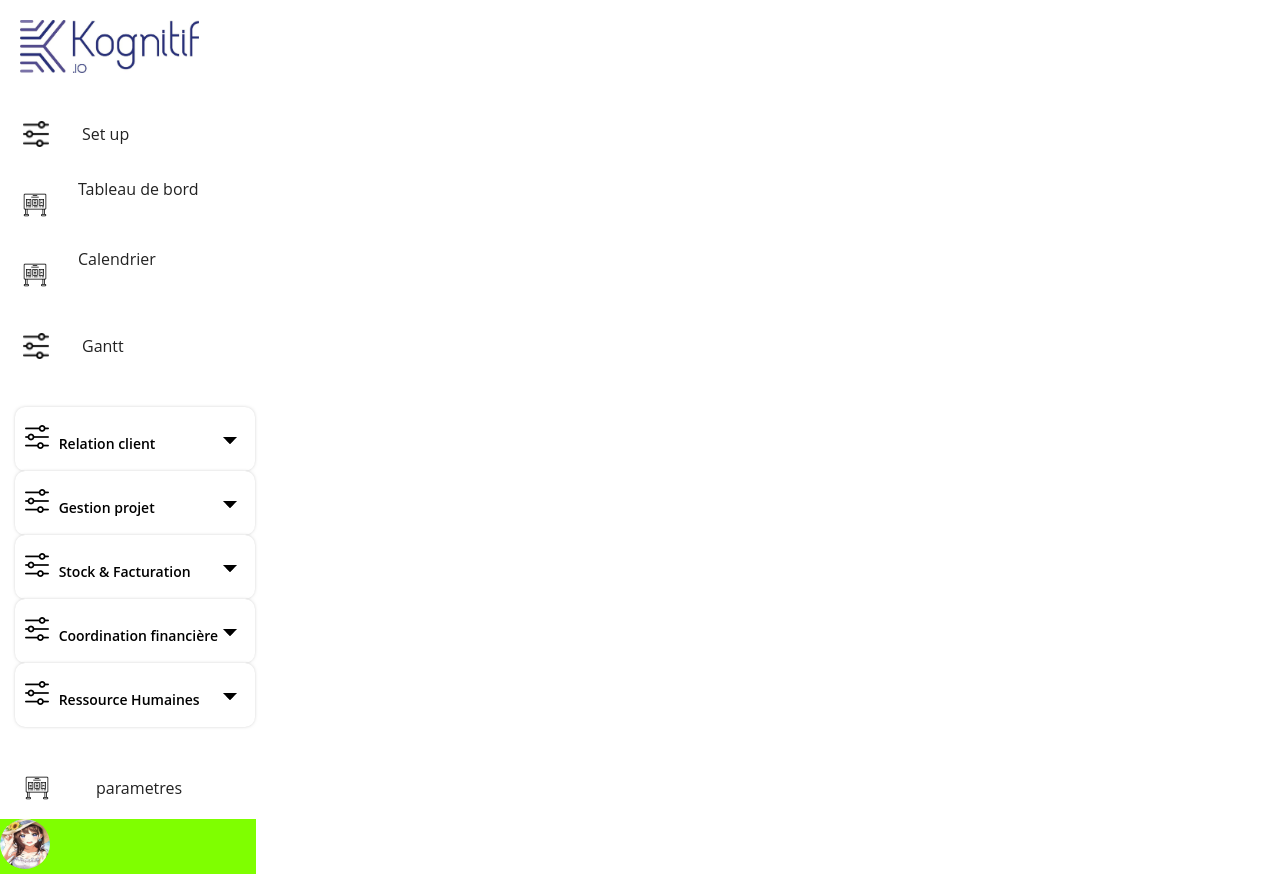
Repository: Cordelia013/testKognitifs
Page: index.html
An editor plug-in stored every save of this project. The page is shown before and after the next save, followed by the edit.
The browser window is 1280 px wide. The pictures show the whole page.

Above is the page before, as saved 2021-08-06 04:03:55.

### index.html
<!DOCTYPE html>
<html lang="en">
  <head>
    <meta charset="UTF-8" />
    <meta http-equiv="X-UA-Compatible" content="IE=edge" />
    <meta name="viewport" content="width=device-width, initial-scale=1.0" />
    <link
      rel="stylesheet"
      href="https://cdnjs.cloudflare.com/ajax/libs/font-awesome/4.7.0/css/font-awesome.min.css"
    />

    <link rel="stylesheet" href="/styles/main.css" />
    <title>Konnexion</title>
  </head>

  <body>
    <!-- 1er partie -->

    <nav>
      <div class="logo">
        <img src="/img/Kognitif-1.jpg" alt="logo" />
      </div>
<div class="mp1">
      <ul class="nav-cnt">
        <li >
          <img src="/img/png/002-equalizer.png" alt="equalizer" />
          <a href="#">Set up</a>
        </li>

        <li class="navBoard menu">
          <img src="/img/png/003-bulletin-board.png" alt="board" />
          <a href="#">Tableau de bord </a>

          <ul class="menuBoard">
            <li>Relation client</li>
            <li>Gestion projet</li>
            <li>Stock & Facturation</li>
            <li>Coordination financière</li>
          </ul>
        </li>
        <li class="navBoard menu">
          <img src="/img/png/003-bulletin-board.png" alt="board" />
          <a href="#">Calendrier </a>

          <ul class="menuBoard">
            <li>Relation client</li>
            <li>Gestion projet</li>
            <li>Stock & Facturation</li>
            <li>Coordination financière</li>
          </ul>
        </li>
        <li >
          <img src="/img/png/002-equalizer.png" alt="equalizer" />
          <a href="#">Gantt</a>
        </li>
        </div>

</div>
      <!--partie de la DropDown  -->
<!-- ------------------------------------------------------------------------ -->
<div class="mp2">

    <div class="dropdown-container">
          <div class="dropdown-toggle click-dropdown">
            <img class="drowImg" src="/img/png/002-equalizer.png" alt="equalizer" /> Relation client
          </div>
          <div class="dropdown-menu">
            <ul>
              <li><a href="#">Opportunités</a></li>
              <li><a href="#">Propects</a></li>
              <li><a href="#">Produits</a></li>

            </ul>
          </div>
        </div>

        <div class="dropdown-container">
          <div class="dropdown-toggle click-dropdown">
            <img class="drowImg" src="/img/png/002-equalizer.png" alt="equalizer" /> Gestion projet
          </div>
          <div class="dropdown-menu">
            <ul>
              <li class="navBoard menu"><a href="#">Projet</a>
                <div >
                  <ul class="menuBoard ssMenuBoard">
                    <li><a href="#">Ajouter un projet</a></li>
                    <li class="dropdown-toggle click-dropdown"><a href="#">Catégorie de projet</a>
                      <div class="dropdown-menu">
                        <ul >
                          <li><a href="#">Créer une Catégorie</a></li>
                          <li><a href="#">Administratif</a></li>
                          <li><a href="#">Commercial</a></li>
                          <li><a href="#">Juridique</a></li>
                          <li><a href="#">Financier</a></li>
                          <li><a href="#">Industriel</a></li>
                          <li><a href="#">Tous kes projets</a></li>
                        </ul>

                    </li>
                    <li><a href="#">Tous les projets</a></li>

                </div>
              </li>
              <li><a href="#">Fichiers</a></li>
              <li><a href="#">Congés</a></li>
              <li><a href="#">Annonces</a></li>
            </ul>
    </div>
  </div>

    <div class="dropdown-container">
      <div class="dropdown-toggle click-dropdown">
        <img class="drowImg" src="/img/png/002-equalizer.png" alt="equalizer" /> Stock & Facturation
      </div>
      <div class="dropdown-menu">
        <ul>

        </ul>
      </div>
    </div>
    <div class="dropdown-container">
      <div class="dropdown-toggle click-dropdown">
        <img class="drowImg" src="/img/png/002-equalizer.png" alt="equalizer" /> Coordination financière      </div>
      <div class="dropdown-menu">
        <ul>

        </ul>
      </div>
    </div>
    <div class="dropdown-container">
      <div class="dropdown-toggle click-dropdown">
        <img class="drowImg" src="/img/png/002-equalizer.png" alt="equalizer" /> Ressource Humaines     </div>
      <div class="dropdown-menu">
        <ul>

        </ul>
      </div>
    </div>
  </div>
  <div class="params ">
  <img class="drowImg" class="drowImg" src="/img/png/003-bulletin-board.png" alt="board" />
  <a href="#">parametres </a>
</div>
    <div>

      <!-- partie profil -->
<div id="profilCnt">
     <div class="photo">
       <img src="/img/external-content.duckduckgo.com.jpeg" alt="photoProfil">
     </div>
</div>
    </div>
    <script src="/script/main.js"></script>
  </body>
</html>

### styles/main.css
* {
    margin: 0;
    padding: 0;
    box-sizing: border-box;
}

/* général */

html,
body {
    font-size: medium;
    font-family: "Open Sans", sans-serif;
    color: #222;
}
h1,
h2,
h3 {
    margin-bottom: 2px;
}

a {
    color: #222;
    text-decoration: none;
}
a:hover {
    color: blue;
}
p {
    margin-bottom: 10px;
}

li {

    list-style: none;
}

ul li img {
   padding: 0 10px;
}
nav{
    /* background-color: lightgrey; */
    display: flex;
    flex-direction: column;
    height: max-content;
    width: 20%;
}

.logo > img:nth-child(1) {
    max-width: 70%;
    margin: 20px;
   }

.nav-cnt > li:nth-child(1),
li:nth-child(2),
li:nth-child(3),
li:nth-child(4) {
    display:flex;
    justify-content: left;

}

.nav-cnt > li > a {
    padding: 10px;
    display: flex;
    align-items: center;

}
.nav-cnt > li > img:nth-child(1) {
    width: 2rem;
    margin: 20px;
    padding: 3px;
    height: max-content;
}

.navBoard > a:nth-child(2) {
    width: 144px;
    height: max-content;
    width: 100vw;
    margin: -2px;
   }




/* navBar */

.nav-cnt {
    width: 33rem;
    /* border: 1px solid black; */
}

.menuBoard {
    display:none;
    position: relative;
    top: 2rem;
    right: 318px;
    width: 124px;
    margin: 3%;
   }

.menuBoard li{

    display: flex;
   }

.navBoard:hover .menuBoard {
    display: flex;
    flex-direction: column;
    padding-bottom:20px;
    cursor: pointer;

  }
 /* deuxieme partie de la navBar   */

.ssImg{
    height: max-content;
   }

.ssMenuBoard{

position:relative;
top: 1rem;
right: -25px;
margin: 13px;
padding: 9px;
width: max-content;
}
.ssMenuBoard > li{
    width: max-content;
    text-align: center;
   }
.menu{
    cursor: pointer;

}
.menuDrop{
    display: none;

}
.menuDrop:active{
    display: block;
}

.mp1{

    margin-bottom: 10px;
}
.mp2{
    margin: 15px;
    margin-bottom: 30px;
}

/* <!--partie de la DropDown  --> */
/* Dropdown menu css */
.dropdown-container {
    position: relative;
    min-width: 240px;
}
.dropdown-container .dropdown-toggle {
    color: #000000;
    background-color: #ffffff;
    font-size: 14px;
    padding: 18px 10px;
    box-shadow: 0px 0px 4px -2px rgba(0, 0, 0, 0.5);
    border-radius: 10px;
    font-weight: 600;
    cursor: pointer;
    position: relative;
    transition: all ease-in-out 0.3s;
}

.dropdown-menu::before, .dropdown-toggle::before {
    content: "";
    position: absolute;
    right: 20px;
    top: 50%;
    transform: translateY(-50%) rotate(45deg);
    border: 5px solid;
    border-top-color: rgba(0, 0, 0, 0);
    border-left-color: rgba(0, 0, 0, 0);
    margin-top: -2.5px;
    background-color: rgba(0, 0, 0, 0);
    transition: all ease-in-out 0.2s;
}
.dropdown-menu::before {
    z-index: -1;
    transform: rotate(-135deg);
    top: -4px;
    border-color: #ffffff;
    box-shadow: 1px 1px 4px -2px rgba(0, 0, 0, 0.4);
}
.dropdown-container .dropdown-menu {
    width: 100%;
    border-radius: 10px;
    box-shadow: 0px 0px 4px -2px rgba(0, 0, 0, 0.5);
    margin-top: 17px;
    position: absolute;
    left: 0;
    top: 100%;
    display: none;
    background-color: #ffffff;
    z-index: 10;
}
.dropdown-open .dropdown-menu.dropdown-active {
    display: block;
}
/* .dropdown-container.dropdown-open .dropdown-toggle {
    background-color: #0979ce;
    color: #ffffff;
} */

.dropdown-container .dropdown-menu ul {
    list-style: none;
    padding: 0;
    margin: 0;
    overflow: hidden;
    border-radius: 10px;

}
.dropdown-container .dropdown-menu a {
    text-decoration: none;
    display: block;
    color: #000000;
    font-size: 15px;
    padding: 16px 20px;
    font-weight: 600;
    box-shadow: 0px 0px 4px -2px rgba(0, 0, 0, 0.5);
    transition: all ease-in-out 0.3s;
}

.drowImg  {
    padding-right: 6px;
   }
.params{

    display: flex;
    width: 10vw;
}

.params a{
    width: 50%;
text-align: center;
}
.params > a:nth-child(2) {
    margin: 13px 33px;
    display: flex;
    justify-content: center;
    align-items: center;
   }

.params > img:nth-child(1) {
    margin: 13px 19px;
    padding: 6px;
   }
   /* <!-- partie profil --> */
   #profilCnt{

       background-color: chartreuse;

   }
   .photo img{
       width: 50px;
       height: 50px;
       border-radius: 50%;
   }

### script/main.js
// Get all the dropdown from document
document.querySelectorAll('.dropdown-toggle').forEach(dropDownFunc);


// Dropdown Open and Close function
function dropDownFunc(dropDown) {
    console.log(dropDown.classList.contains('click-dropdown'));

    if(dropDown.classList.contains('click-dropdown') === true){
        dropDown.addEventListener('click', function (e) {
            e.preventDefault();

            if (this.nextElementSibling.classList.contains('dropdown-active') === true) {
                // Close the clicked dropdown
                this.parentElement.classList.remove('dropdown-open');

                this.nextElementSibling.classList.remove('dropdown-active');

            } else {
                // Close the opend dropdown
                closeDropdown();

                // add the open and active class(Opening the DropDown)
                this.parentElement.classList.add('dropdown-open');
                this.nextElementSibling.classList.add('dropdown-active');
            }
        });
    }
}
// Listen to the doc click
window.addEventListener('click', function (e) {

    // Close the menu if click happen outside menu
    if (e.target.closest('.dropdown-container') === null) {
        // Close the opend dropdown
        closeDropdown();
    }

});


// Fermer le  Dropdowns
function closeDropdown() {
    console.log('run');

    // remove the open and active class from other opened Dropdown (Closing the opend DropDown)
    document.querySelectorAll('.dropdown-container').forEach(function (container) {
        container.classList.remove('dropdown-open')
    });

    document.querySelectorAll('.dropdown-menu').forEach(function (menu) {
        menu.classList.remove('dropdown-active');
    });
}

// close the dropdown on mouse out from the dropdown list
document.querySelectorAll('.dropdown-menu').forEach(function (dropDownList) {
    // close the dropdown after user leave the list
    dropDownList.onmouseleave = closeDropdown;
});

After the next save:
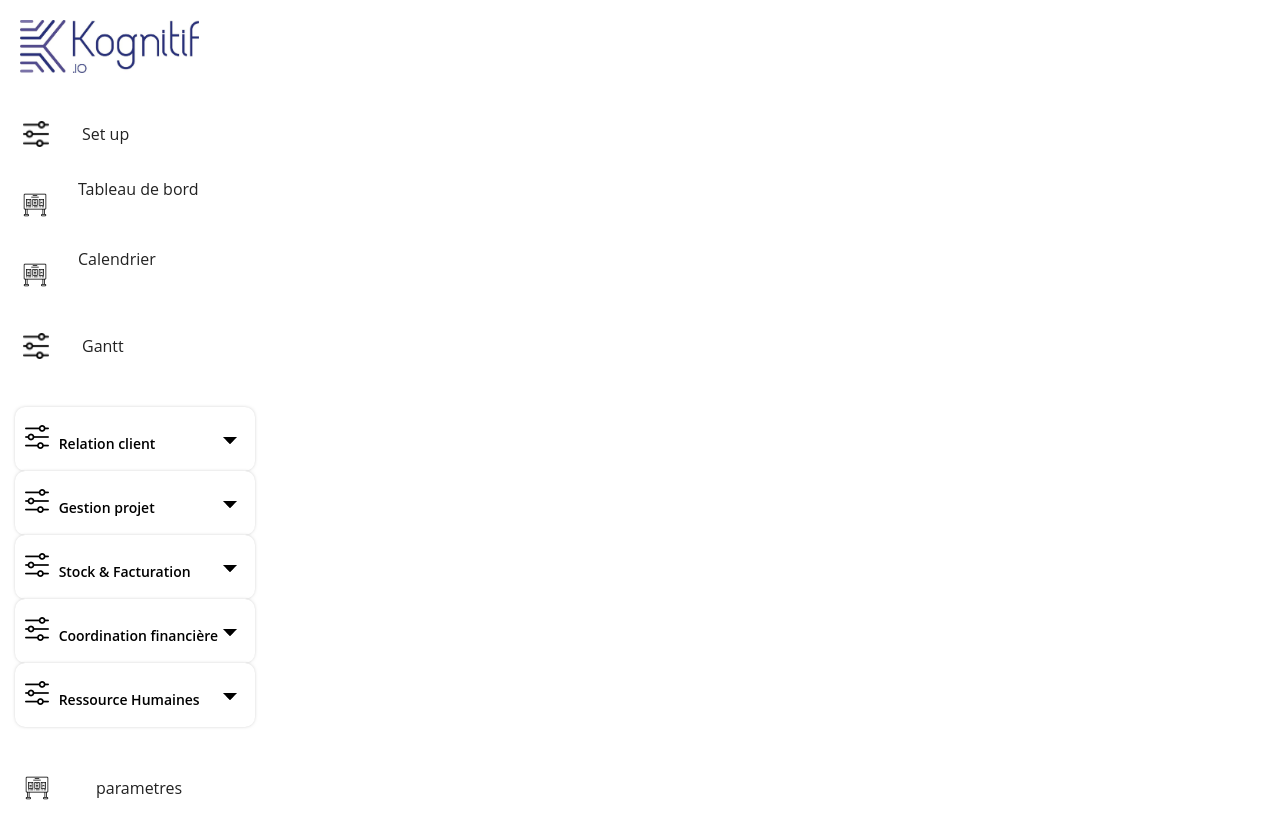
Saved 25 s later.
--- a/index.html
+++ b/index.html
@@ -144,11 +144,7 @@
     <div>
 
       <!-- partie profil -->
-<div id="profilCnt">
-     <div class="photo">
-       <img src="/img/external-content.duckduckgo.com.jpeg" alt="photoProfil">
-     </div>
-</div>
+
     </div>
     <script src="/script/main.js"></script>
   </body>
